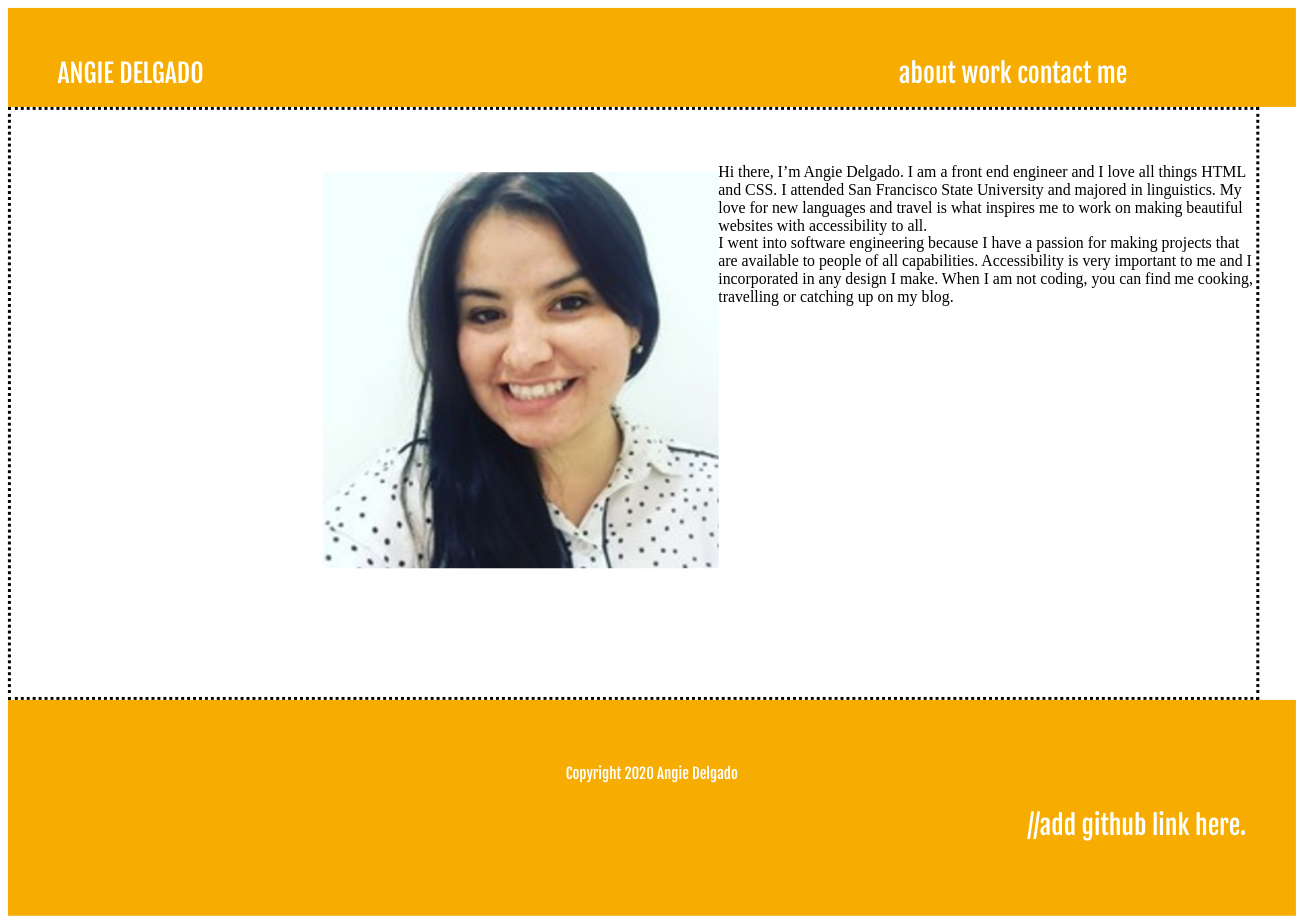
Repository: seleniadelgado/meda-spring2020-angie
Page: projects/portfolio/index.html
The author's editor kept a copy of each file at every save. The page is drawn from the files as they stood at one save, then again after the next save.
The browser window is 1280 px wide. The page is 1309 px wide, so the pictures cover 1309 px, including what lies to the right of the window. The pictures show the whole page, at 99% of full size.

Above is the page before, as saved 2020-03-02 11:23:11.

### projects/portfolio/index.html
<!DOCTYPE html>
 <html lang="en">
    <head>
        <meta charset="utf-8">
        <meta http-equiv="X-UA-Compatible" content="IE=edge">
        <title>Angie Delgado</title>
        <meta name="description" content="">
        <meta name="viewport" content="width=device-width, initial-scale=1">
        <link rel="stylesheet" href="styles.css">
    </head>
    <body>
    <header>
            <nav>
                <div id="myName">
                    Angie Delgado
                </div>
                <div>
                    <ul id="menu">
                        <li><a href="#">About</a></li>
                        <li><a href="#">Work</a></li>
                        <li><a href="#">Contact me</a></li>
                    </ul>
                </div>
            </nav>
    </header>
    <div class="aboutMe">
        <div class="image">
            <img src="portfoliopic.png" alt="Photo of Angie Delgado looking cute" height="400px" width="400px">
        </div>
        <div>
            <p id="aboutMeParagraph">
                Hi there, I’m Angie Delgado. I am a front end engineer and I love all things HTML and CSS. I attended San Francisco State University and majored in linguistics. My love for new languages and travel is what inspires me to work on making beautiful websites with accessibility to all.
                <br>
                I went into software engineering because I have a passion for making projects that are available to people of all capabilities. Accessibility is very important to me and I incorporated in any design I make. When I am not coding, you can find me cooking, travelling or catching up on my blog.
            </p>
        </div>
    </div>
    <footer>
        <div class="copyright"><p>Copyright 2020 Angie Delgado</p></div>
        <div class="social">
            <p>//add github link here.</p>
        </div>
    </footer>
    </body>
</html>

### projects/portfolio/styles.css
@import url('https://fonts.googleapis.com/css?family=Fjalla+One|Noto+Sans&display=swap');

header, footer {
    width: 95%;
    background-color: #f6ac00;
    margin: 0 auto;
    padding: 50px;
    font-size: 26px;
    font-family: 'Fjalla One', Arial, Helvetica, sans-serif;
    line-height: normal;
    /* font-family: 'Noto Sans', ;*/
}
/* navbar starts*/
#myName {
    float: left;
    color: white;
    text-transform: uppercase;
}
ul {
    display: block;
    list-style-type: none;
    margin: 0;
    padding-right: 10%;
    float: right;
    text-decoration: none;
 }

 li {
    display: inline;
    text-transform: lowercase;
 }
 li a {
    text-decoration: none;
    color: white;
 }
 /*nav styles ends */

/* About me starts */
.aboutMe {
    border: dotted;
    display: flex;
}
.image {
    align-items: flex-start;
    margin-left: 25%;
    margin-top: 5%;
    margin-bottom: 10%;
}
.aboutMe #aboutMeParagraph {
    align-items: center;
    margin-top: 10%;
    margin-bottom: 10%;
}
/* about me ends */


 /* Footer style starts */
 footer {
    color: white;
    text-shadow: black;
 }
 .copyright {
    text-align: center;
    font-size: 15px;
 }
 .social {
    text-align: right;
    margin-bottom: 20px;
 }
/* footer ends */

After the next save:
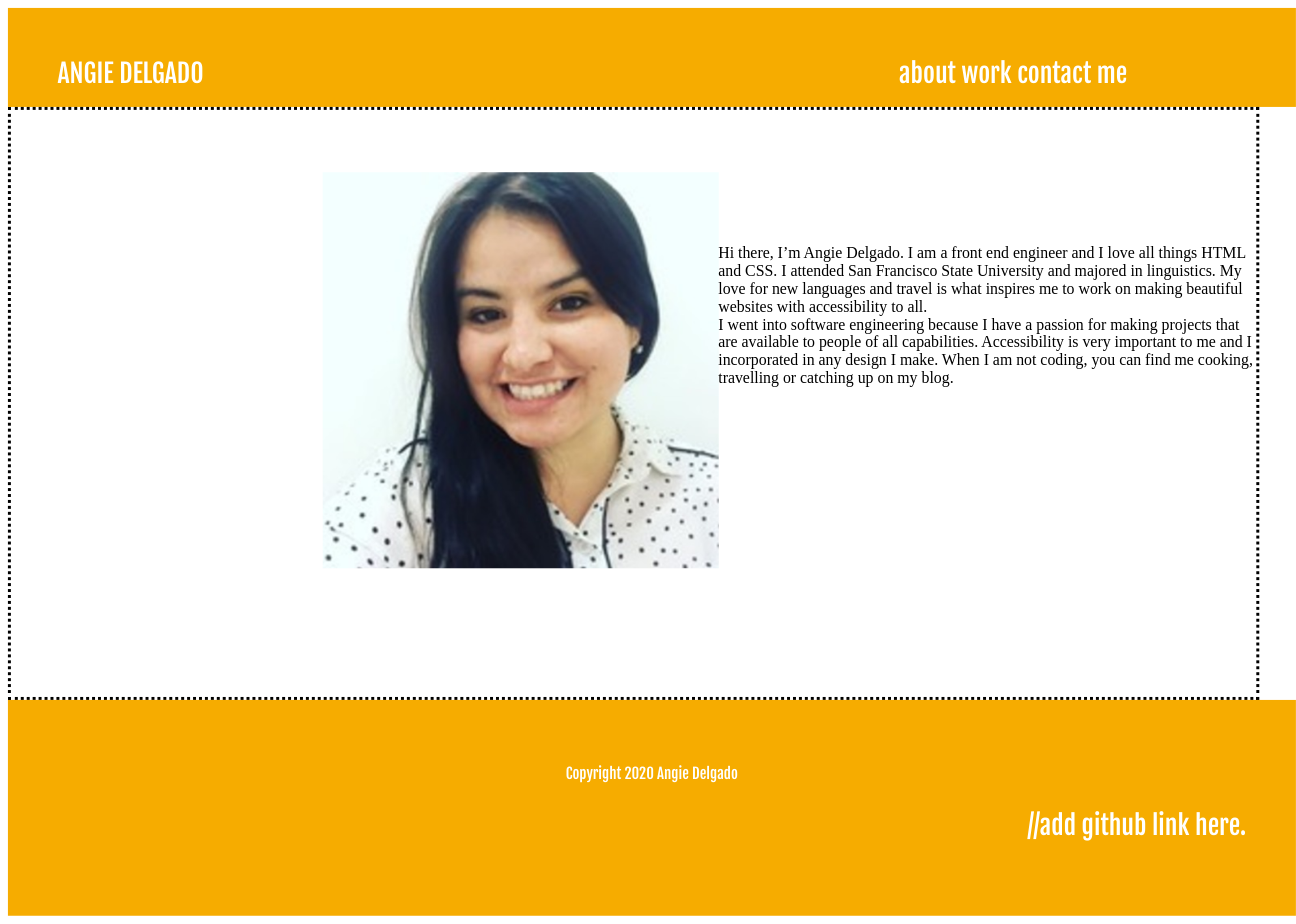
Saved 7 s later.
--- a/projects/portfolio/styles.css
+++ b/projects/portfolio/styles.css
@@ -48,7 +48,7 @@ ul {
 }
 .aboutMe #aboutMeParagraph {
     align-items: center;
-    margin-top: 10%;
+    margin-top: 25%;
     margin-bottom: 10%;
 }
 /* about me ends */
